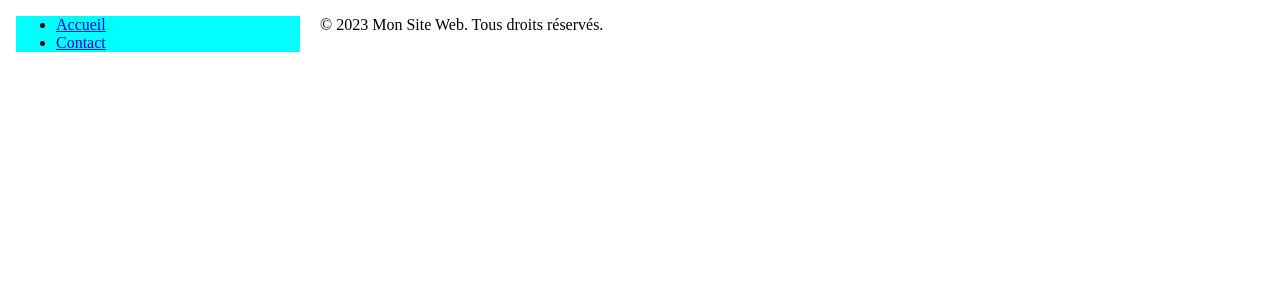
Repository: mardocheengoran/prepa-website
Page: index.html
An editor plug-in stored every save of this project. The page is shown before and after the next save, followed by the edit.
The browser window is 1280 px wide. The pictures show the whole page.

Above is the page before, as saved 2025-03-19 03:22:30.

After the next save:
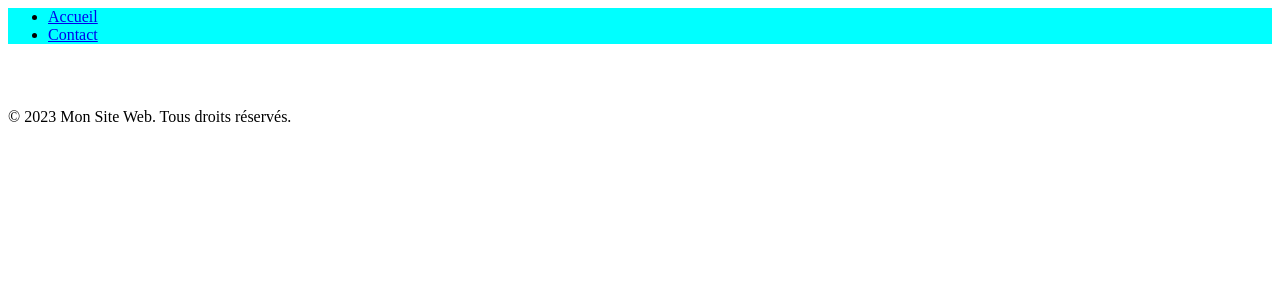
Saved 3 s later.
--- a/index.html
+++ b/index.html
@@ -1,2 +1,13 @@
-<iframe src="header.html" frameborder="0"></iframe>
-<iframe src="footer.html" frameborder="0"></iframe>
+<!DOCTYPE html>
+<html lang="en">
+
+<head>
+    <meta charset="UTF-8">
+    <meta name="viewport" content="width=device-width, initial-scale=1.0">
+    <title>Accueil</title>
+    <link rel="stylesheet" href="css/style.css">
+</head>
+
+<body>
+    <iframe src="header.html" frameborder="0"></iframe>
+    <iframe src="footer.html" frameborder="0"></iframe>
